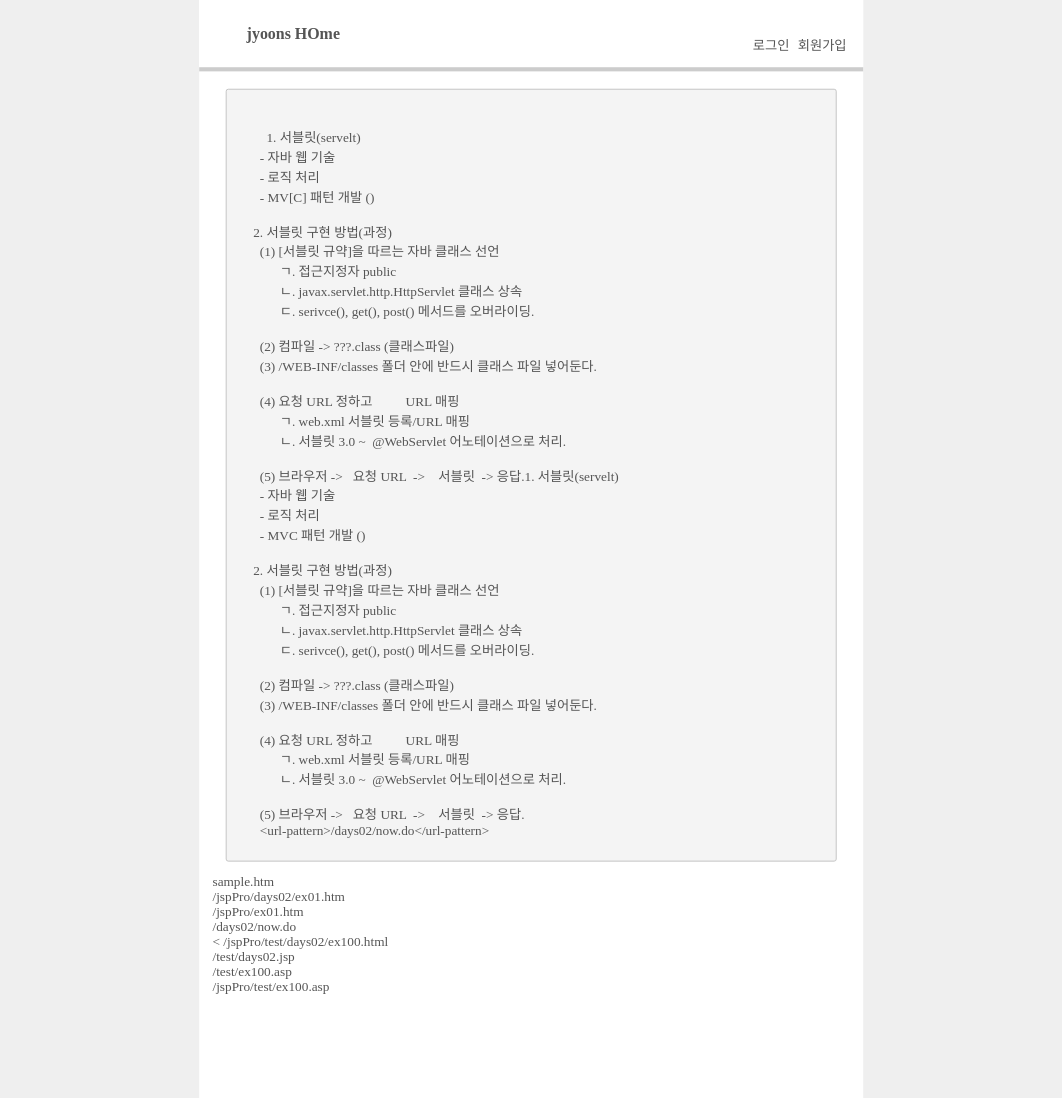
Repository: jyoons00/JSP-sample
Page: http://localhost/jspPro/days02/ex03.jsp
The author's editor kept a copy of each file at every save. The page is drawn from the files as they stood at one save, then again after the next save.
The browser window is 1280 px wide. The pictures show the whole page, at 83% of full size.
Some web fonts or font styles are not loaded; a fallback is used. The page is served by Tomcat 9.

Above is the page before, as saved 2024-10-16 07:28:48.

After the next save:
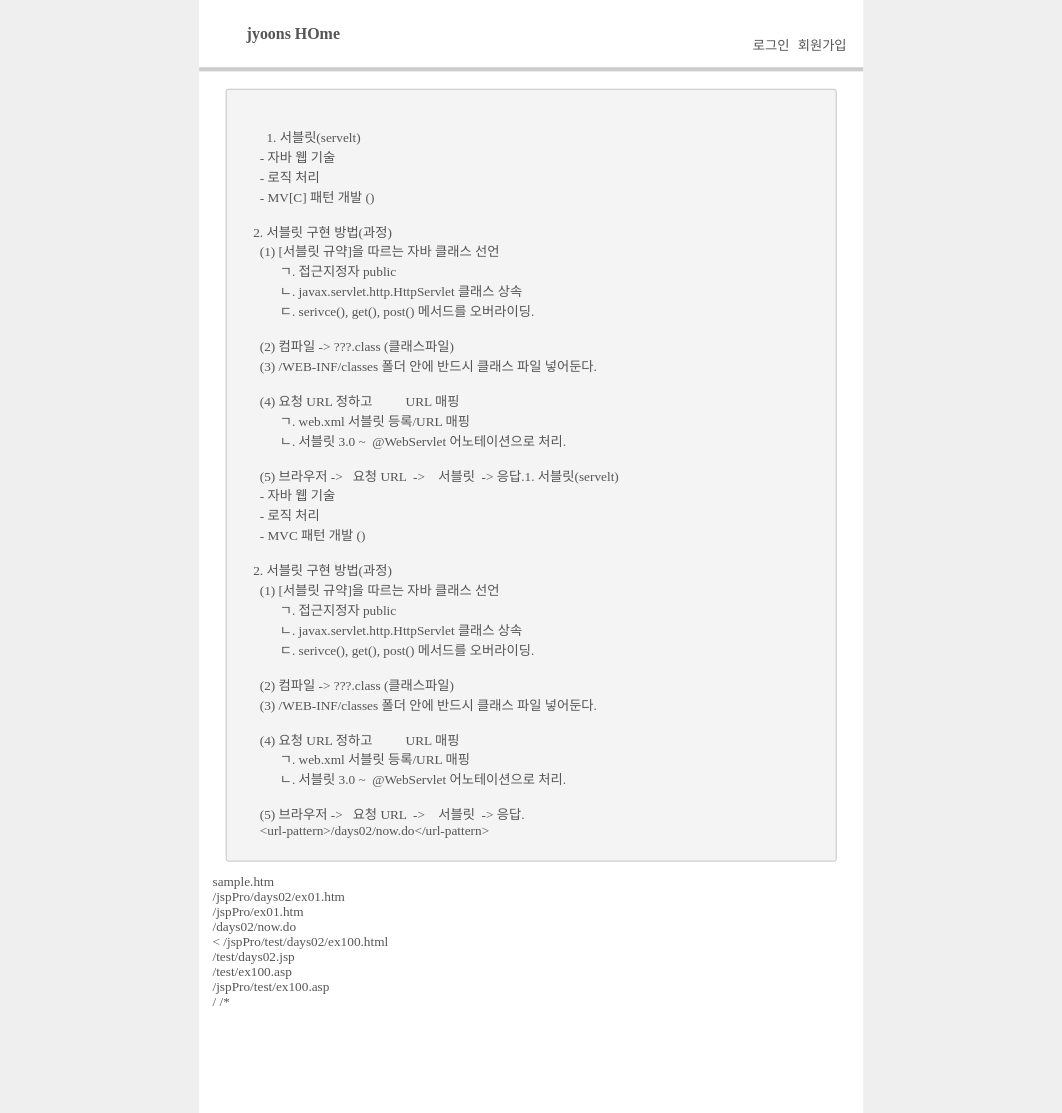
Saved 72 s later.
--- a/jspPro/src/main/webapp/days02/ex03.jsp
+++ b/jspPro/src/main/webapp/days02/ex03.jsp
@@ -86,6 +86,10 @@
 	  <a href="/test/days02.jsp">/test/days02.jsp</a><br> 		<!-- 일치하지 않는다. -->
 	  <a href="/test/ex100.asp">/test/ex100.asp</a><br> 		<!-- 일치하지 않는다. -->
 	  <a href="/jspPro/test/ex100.asp">/jspPro/test/ex100.asp</a><br>
+
+	  <!-- 차이점 -->
+	  <url-pattern>/</url-pattern>
+	  <url-pattern>/*</url-pattern>
     </div>
 
   </body>
